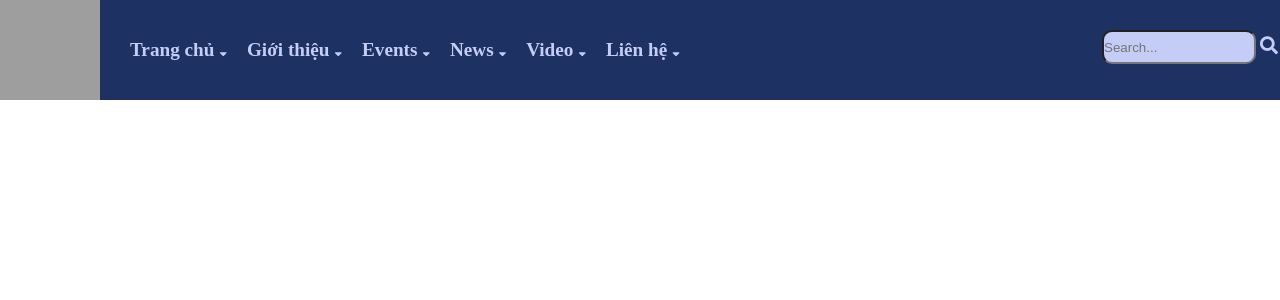
Repository: Luong-tung/newtopics
Page: index2.html
The author's editor kept a copy of each file at every save. The page is drawn from the files as they stood at one save, then again after the next save.
The browser window is 1280 px wide. The pictures show the whole page.
Pictures or frames that could not be fetched are drawn as grey boxes. Some web libraries are served in a nearby version.

Above is the page before, as saved 2021-10-07 22:25:59.

### index2.html
<!DOCTYPE html>
<html lang="en">
<head>
    <meta charset="UTF-8">
    <meta http-equiv="X-UA-Compatible" content="IE=edge">
    <meta name="viewport" content="width=device-width, initial-scale=1.0">
    <title>trang web thương mai điện tử</title>
    <link rel="stylesheet" href="iu2.css">
    <link rel="stylesheet" href="https://pro.fontawesome.com/releases/v5.10.0/css/all.css" integrity="sha384-AYmEC3Yw5cVb3ZcuHtOA93w35dYTsvhLPVnYs9eStHfGJvOvKxVfELGroGkvsg+p" crossorigin="anonymous"/>
    <link rel="stylesheet" href="grid.css">

</head>
<body>
    <div class="header">
        <div class="logo">
            <img src="https://scontent.fhan4-3.fna.fbcdn.net/v/t1.15752-9/244521534_3120666654925529_7396226630018362644_n.jpg?_nc_cat=103&ccb=1-5&_nc_sid=ae9488&_nc_ohc=VPYvwfk35K0AX9N8zek&_nc_ht=scontent.fhan4-3.fna&oh=11361e826c179e37114d7c2bd928ff68&oe=6184B42C" alt="">


            <ul>
                <li><a href="#"></a>Trang chủ<i class="fas fa-sort-down"></i></li>
                <li><a href="#"></a>Giới thiệu<i class="fas fa-sort-down"></i></li>
                <li><a href="#"></a>Events<i class="fas fa-sort-down"></i></li>
                <li><a href="#"></a>News<i class="fas fa-sort-down"></i></li>
                <li><a href="#"></a>Video<i class="fas fa-sort-down"></i></li>
                <li><a href="#"></a>Liên hệ<i class="fas fa-sort-down"></i></li>
            </ul>
        </div>

        <div class="search">
            <form>

                <input type="text" name="Search" placeholder="Search..." >
                <i class="fas fa-search"></i>
            </form>
        </div>









    </div>
    <script src="./main2.js"></script>
</body>
</html>

### iu2.css
*{
    padding: 0;
    margin: 0;

}
.header{
    width: 100%;
    height: 100px;
    background:#1E3163;
    display: flex;
    justify-content: space-between;

}
.header .logo img{
    width: 100px;
    height: 100px;

}
.header .logo{
    display: flex;
    cursor: pointer;
}
.header .logo ul{
    color: #c4cdf5;
    margin-left: 20px;
    display: flex;
    align-items: center;
    justify-content: space-between;
}
.header .logo ul li{
    list-style: none;
    cursor: pointer;
    margin: 0px 5px;
    padding:5px;
    font-weight: 800;
    font-size: larger;

}
.header .logo ul li i{
    font-size: 12px;
    margin-left: 5px;
}
.header .logo ul li:hover{
    background:#c4cdf5;
    color:#092086;

}


.header .search i{
    color: #c4cdf5;
    font-size: 18px;
    margin-right: 2px;
    cursor: pointer;

}
.header .search input{
    width: 150px;
    height: 30px;
    background-color:#c4cdf5;
    border-radius: 10px;
    margin-top: 30px;
}

Loaded but not shown: grid.css (no stored copy; drawn as an empty file); main2.js (no stored copy; drawn as an empty file)

After the next save:
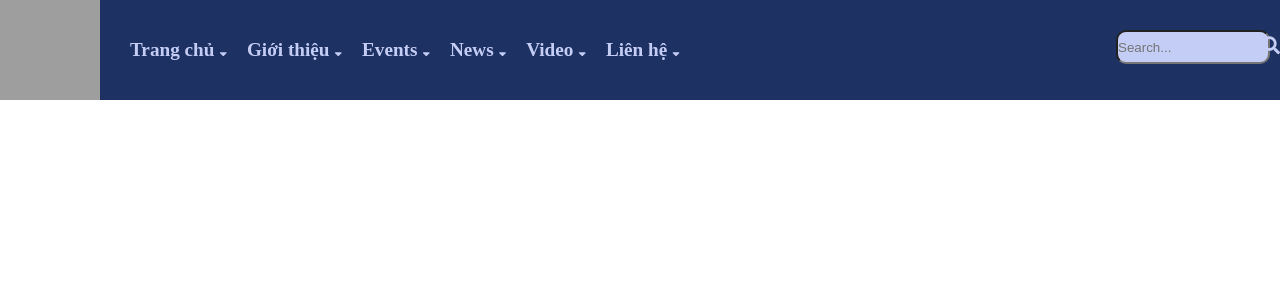
Saved 57 s later.
--- a/iu2.css
+++ b/iu2.css
@@ -50,8 +50,9 @@
 .header .search i{
     color: #c4cdf5;
     font-size: 18px;
-    margin-right: 2px;
+    margin-left: -12px;
     cursor: pointer;
+
 
 }
 .header .search input{
